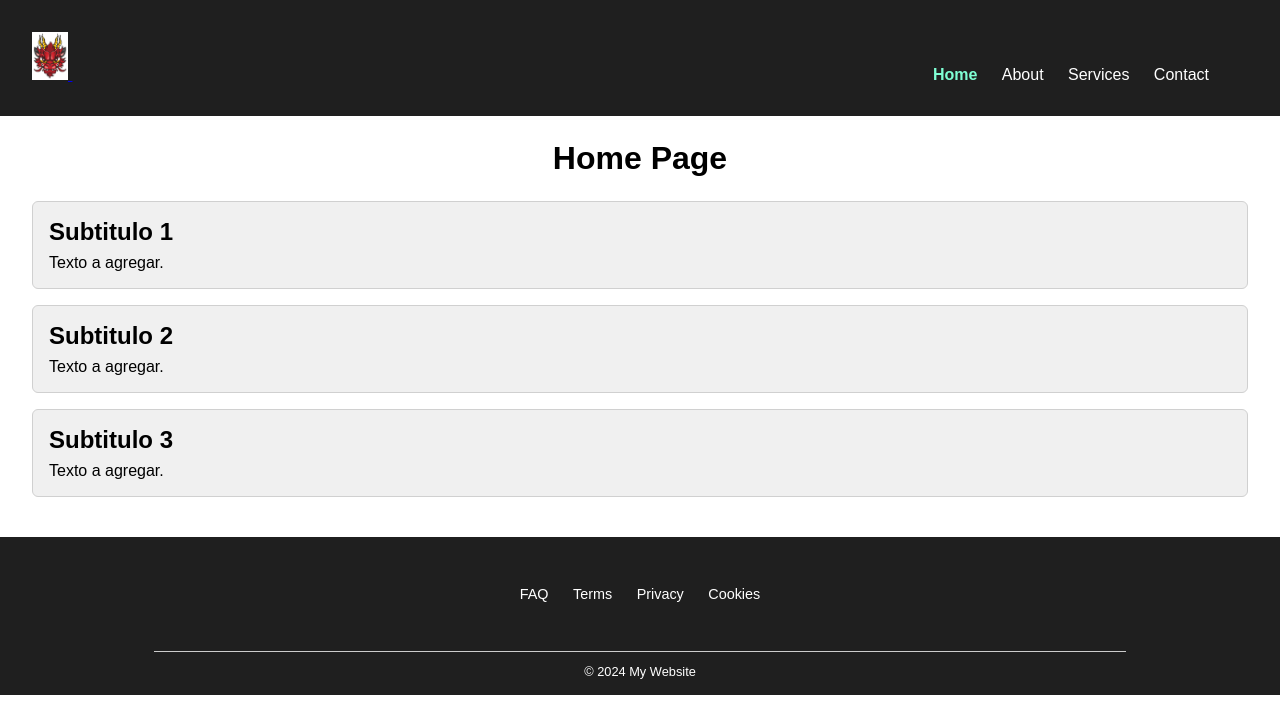
Repository: andreamm-lab/basic-navigation-example-2025-10
Page: index.html
The author's editor kept a copy of each file at every save. The page is drawn from the files as they stood at one save, then again after the next save.
The browser window is 1280 px wide. The pictures show the whole page.

Above is the page before, as saved 2025-11-06 15:32:07.

### index.html
<!DOCTYPE html>
<html lang="en">
<head>
    <meta charset="UTF-8">
    <meta name="viewport" content="width=device-width, initial-scale=1.0">
    <title>Basic Nav Example</title>
    <link rel="stylesheet" href="./main.css">
</head>
<body>
    <header>
        <!--Primary navigation-->
        <nav aria-label="Primary navigation">
            <a href="index.html">
                <img src="images/dragon.png" alt="Dragon logo">
            </a>
            <span class="spacer"></span>
            <ul>
                <li><a href="index.html" class="current">Home</a></li>
                <li><a href="pages/about.html">About</a></li>
                <li><a href="pages/services.html">Services</a></li>
                <li><a href="pages/contact.html">Contact</a></li>
            </ul>
        </nav>
    </header>

    <main class="home-main">
        <h1 id="page-title">Home Page</h1>

        <div class="card-grid">
            <article class="card">
                <h2>Subtitulo 1</h2>
                <p>Texto a agregar.</p>
            </article>
            <article class="card">
                <h2>Subtitulo 2</h2>
                <p>Texto a agregar.</p>
            </article>
            <article class="card">
                <h2>Subtitulo 3</h2>
                <p>Texto a agregar.</p>
            </article>
        </div>
    </main>

    <!--Footer navigation-->
    <footer id="main-footer">
        <nav aria-label="Footer navigation">
            <ul>
                <li><a href="#">FAQ</a></li>
                <li><a href="#">Terms</a></li>
                <li><a href="#">Privacy</a></li>
                <li><a href="#">Cookies</a></li>
            </ul>
        </nav>
        <hr class="footer-line">
        <p>© 2024 My Website</p>
    </footer>
</body>
</html>

### main.css
* {
    box-sizing: border-box;
    margin: 0;
    padding: 0;
}

body {
    font-family: Arial, Helvetica, sans-serif;
    background-color: #ffffff;
    color: #000;
}

/* header / nav principal */
nav {
    padding: 32px 32px;
    min-height: 80px;
    background-color: #1F1F1F;
}

nav img {
    max-height: 48px;
    background-color: white;
}

.spacer {
    display: inline-block;
    width: calc(100% - 40px - 320px);
}

nav ul {
    list-style: none;
    display: inline-block;
    vertical-align: bottom;
}

nav ul li {
    display: inline-block;
    margin-right: 20px;
}

nav ul li:last-child {
    margin-right: 0;
}

nav ul li a {
    text-decoration: none;
}

nav ul li a:link,
nav ul li a:visited {
    color: white;
}

nav ul li a.current {
    color: aquamarine;
    font-weight: bold;
}

nav ul li a:hover {
    color: rgb(92, 229, 0);
}

main {
    display: block;
    padding: 24px 32px;
    min-height: 400px;
}

.home-main h1 {
    text-align: center;
    margin-bottom: 24px;
}

/* text cards */
.card-grid {
    display: block; /* vertical align */
}

.card {
    background-color: #f0f0f0;
    border: 1px solid #d0d0d0;
    border-radius: 6px;
    padding: 16px;
    margin-bottom: 16px;
}

.card h2 {
    margin-bottom: 8px;
}

/* Side menu on Services */
.page {
    display: block;
}

.main-content {
    display: inline-block;
    width: 69%;
    vertical-align: top;
}

.side-nav {
    display: inline-block;
    width: 28%;
    background-color: #2a2a2a;
    color: #fff;
    margin-left: 1%;
    padding: 16px;
    min-height: 320px;
    border: 1px solid #000;
}

.side-nav h2 {
    margin-bottom: 12px;
}

.side-nav ul {
    list-style: none;
}

.side-nav ul li {
    margin-bottom: 8px;
    display: block;
}

.side-nav ul li a {
    color: #4bb4ff;
    text-decoration: none;
}

.side-nav ul li a:hover {
    text-decoration: underline;
}

/* footer */
#main-footer {
    background-color: #1F1F1F;
    color: white;
    text-align: center;
    padding: 16px 32px;
}

#main-footer nav ul {
    display: inline-block;
    list-style: none;
    margin-bottom: 12px;
}

#main-footer nav ul li {
    display: inline-block;
    margin: 0 10px;
}

#main-footer nav ul li a {
    color: white;
    text-decoration: none;
    font-size: 0.9rem;
}

#main-footer p {
    font-size: 0.8rem;
}

#page-title {
    font-size: 2rem;
}

.footer-line {
  border: none;
  border-top: 1px solid #ccc;
  margin: 4px auto 12px;
  width: 80%;
}

After the next save:
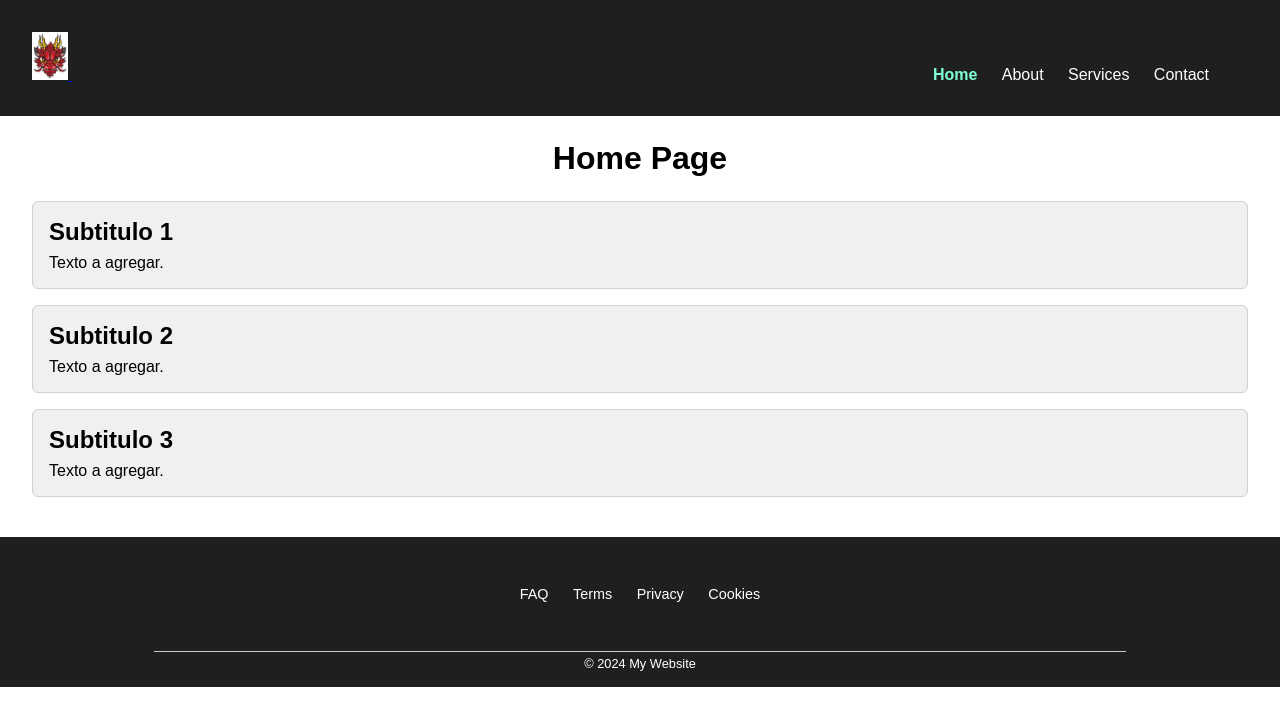
Saved 15 s later.
--- a/main.css
+++ b/main.css
@@ -168,6 +168,6 @@ main {
 .footer-line {
   border: none;
   border-top: 1px solid #ccc;
-  margin: 4px auto 12px;
+  margin: 4px auto;
   width: 80%;
 }
